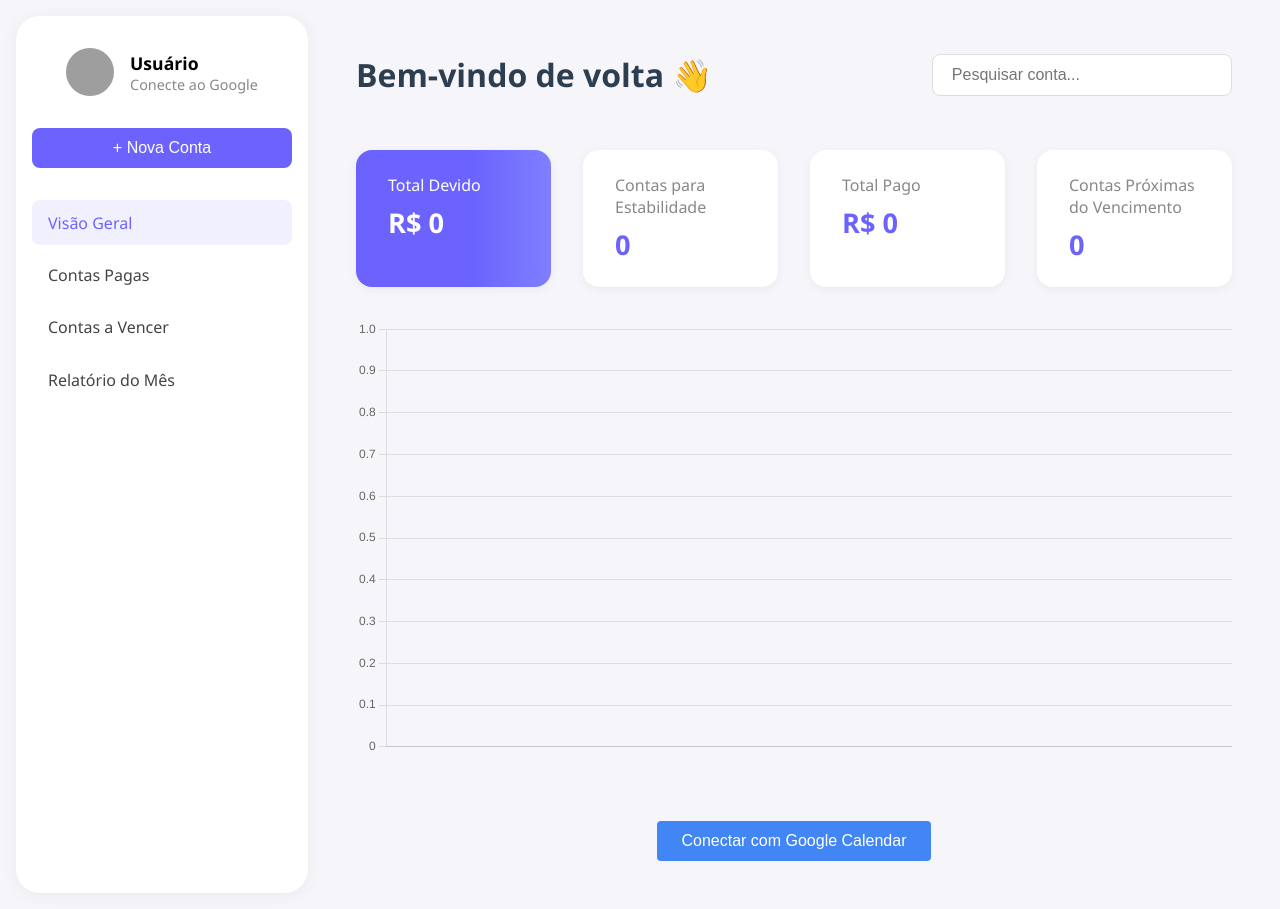
Repository: Matheus904-12/Projects-Part
Page: / (app in Gastos/)
These files come from the project's save history. The page is drawn as it stood at one moment and after the next save; the edit follows.
The browser window is 1280 px wide. The pictures show the whole page.
Pictures or frames that could not be fetched are drawn as grey boxes. The project was rebuilt for these pictures with package versions that can differ from the ones it lists, and the page was loaded fresh each time. Also part of the build but not shown: Gastos/src/components/ExportarRelatorio.vue.

Above is the page before, as saved 2025-08-28 20:41:27.

### Gastos/src/App.vue
<template>
  <GastosDashboard />
</template>

<script>
import GastosDashboard from './components/GastosDashboard.vue';

export default {
  name: 'App',
  components: {
    GastosDashboard
  }
};
</script>

<style>
body {
  font-family: 'Segoe UI', Arial, sans-serif;
  background: #f7f7fb;
  margin: 0;
}
</style>

### Gastos/src/components/GastosDashboard.vue
<template>
  <div class="dashboard-layout" style="display: flex; min-height: 100vh; background: #f6f6fa;">
    <aside class="sidebar">
      <div class="profile">
        <img src="https://www.gravatar.com/avatar?d=mp" alt="Avatar" class="avatar" />
        <div>
          <div class="user-name">{{ googleUser.name || 'Usuário' }}</div>
          <div class="user-email">{{ googleUser.email || 'Conecte ao Google' }}</div>
        </div>
      </div>
      <nav>
        <button @click="showForm = true">+ Nova Conta</button>
        <ul>
          <li :class="{active: activeTab === 'overview'}" @click="activeTab = 'overview'">Visão Geral</li>
          <li :class="{active: activeTab === 'paid'}" @click="activeTab = 'paid'">Contas Pagas</li>
          <li :class="{active: activeTab === 'due'}" @click="activeTab = 'due'">Contas a Vencer</li>
          <li :class="{active: activeTab === 'report'}" @click="activeTab = 'report'">Relatório do Mês</li>
        </ul>
      </nav>
    </aside>
  <main class="main-content" style="flex: 1;">
      <header class="main-header">
        <h1>Bem-vindo de volta 👋</h1>
        <input v-model="search" placeholder="Pesquisar conta..." class="search" />
      </header>
      <section v-if="activeTab === 'overview'">
        <div class="cards">
          <div class="card highlight">
            <div class="card-title">Total Devido</div>
            <div class="card-value">R$ {{ totalDevido }}</div>
          </div>
          <div class="card">
            <div class="card-title">Contas para Estabilidade</div>
            <div class="card-value">{{ contasRestantes }}</div>
          </div>
          <div class="card">
            <div class="card-title">Total Pago</div>
            <div class="card-value">R$ {{ totalPago }}</div>
          </div>
          <div class="card">
            <div class="card-title">Contas Próximas do Vencimento</div>
            <div class="card-value">{{ contasVencendo }}</div>
          </div>
        </div>
        <GraficoGastos :gastos="gastos" />
      </section>
      <section v-if="activeTab === 'paid'">
        <h2>Contas Pagas no Mês</h2>
        <ul>
          <li v-for="g in contasPagas" :key="g.id">{{ g.descricao }} - R$ {{ g.valor }} ({{ g.categoria }})</li>
        </ul>
      </section>
      <section v-if="activeTab === 'due'">
        <h2>Contas a Vencer</h2>
        <ul>
          <li v-for="g in contasAVencer" :key="g.id">{{ g.descricao }} - R$ {{ g.valor }} (Vence em {{ g.dataVencimento }})</li>
        </ul>
      </section>
      <section v-if="activeTab === 'report'">
        <ExportarRelatorio :gastos="gastos" />
      </section>
      <section class="calendar-section">
        <GoogleCalendarPanel />
      </section>
      <div v-if="showForm" class="modal">
        <form @submit.prevent="adicionarGasto" class="form-modal">
          <h2>Nova Conta</h2>
          <input v-model="novoGasto.descricao" placeholder="Descrição" required />
          <input v-model.number="novoGasto.valor" type="number" placeholder="Valor" required />
          <input v-model="novoGasto.categoria" placeholder="Categoria" required />
          <input v-model="novoGasto.dataVencimento" type="date" required />
          <button type="submit">Salvar</button>
          <button type="button" @click="showForm = false">Cancelar</button>
        </form>
      </div>
    </main>
  </div>
</template>
<script>

import GraficoGastos from './GraficoGastos.vue';
import ExportarRelatorio from './ExportarRelatorio.vue';
import GoogleCalendarPanel from './GoogleCalendarPanel.vue';
import { gapi } from 'gapi-script';

const CLIENT_ID = 'SEU_CLIENT_ID.apps.googleusercontent.com';
const API_KEY = 'SUA_API_KEY';
const DISCOVERY_DOCS = ["https://www.googleapis.com/discovery/v1/apis/calendar/v3/rest"];
const SCOPES = "https://www.googleapis.com/auth/calendar.readonly";

export default {
  name: 'GastosDashboard',
  components: { GraficoGastos, ExportarRelatorio, GoogleCalendarPanel },
  data() {
    return {
      googleUser: {
        name: '',
        email: '',
        avatar: ''
      },
      activeTab: 'overview',
      showForm: false,
      search: '',
      gastos: JSON.parse(localStorage.getItem('gastos') || '[]'),
      novoGasto: {
        descricao: '',
        valor: 0,
        categoria: '',
        dataVencimento: ''
      },
      eventosGoogle: []
    };
  },
  computed: {
    totalDevido() {
      return this.gastos.filter(g => !g.pago).reduce((acc, g) => acc + g.valor, 0);
    },
    contasRestantes() {
      return this.gastos.filter(g => !g.pago).length;
    },
    totalPago() {
      return this.gastos.filter(g => g.pago).reduce((acc, g) => acc + g.valor, 0);
    },
    contasVencendo() {
      const hoje = new Date();
      return this.gastos.filter(g => !g.pago && new Date(g.dataVencimento) - hoje < 3 * 24 * 60 * 60 * 1000).length;
    },
    contasPagas() {
      return this.gastos.filter(g => g.pago && this.isMesAtual(g.dataVencimento));
    },
    contasAVencer() {
      const hoje = new Date();
      return this.gastos.filter(g => !g.pago && new Date(g.dataVencimento) >= hoje);
    }
  },
  methods: {
    adicionarGasto() {
      this.gastos.push({ ...this.novoGasto, pago: false, id: Date.now() });
      localStorage.setItem('gastos', JSON.stringify(this.gastos));
      this.novoGasto = { descricao: '', valor: 0, categoria: '', dataVencimento: '' };
      this.showForm = false;
    },
    removerGasto(index) {
      this.gastos.splice(index, 1);
      localStorage.setItem('gastos', JSON.stringify(this.gastos));
    },
    marcarComoPago(id) {
      const gasto = this.gastos.find(g => g.id === id);
      if (gasto) gasto.pago = true;
      localStorage.setItem('gastos', JSON.stringify(this.gastos));
    },
  mounted() {
    // Atualiza os dados do localStorage ao carregar
    const gastosSalvos = localStorage.getItem('gastos');
    if (gastosSalvos) {
      this.gastos = JSON.parse(gastosSalvos);
    }
  },
    isMesAtual(data) {
      const d = new Date(data);
      const hoje = new Date();
      return d.getMonth() === hoje.getMonth() && d.getFullYear() === hoje.getFullYear();
    },
    loginGoogle() {
      gapi.load('client:auth2', () => {
        gapi.client.init({
          apiKey: API_KEY,
          clientId: CLIENT_ID,
          discoveryDocs: DISCOVERY_DOCS,
          scope: SCOPES,
        }).then(() => {
          const GoogleAuth = gapi.auth2.getAuthInstance();
          GoogleAuth.signIn().then(user => {
            const profile = user.getBasicProfile();
            this.googleUser = {
              name: profile.getName(),
              email: profile.getEmail(),
              avatar: profile.getImageUrl()
            };
            this.listarEventos();
          });
        });
      });
    },
    listarEventos() {
      gapi.client.calendar.events.list({
        calendarId: 'primary',
        timeMin: (new Date()).toISOString(),
        showDeleted: false,
        singleEvents: true,
        maxResults: 10,
        orderBy: 'startTime'
      }).then(response => {
        this.eventosGoogle = response.result.items;
      });
    }
  }
};
</script>
}

<style>
/* Sidebar fixa à esquerda, estilo dashboard moderno */
.sidebar {
  width: 260px;
  background: #fff;
  border-radius: 24px;
  margin: 1rem 0 1rem 1rem;
  padding: 2rem 1rem;
  box-shadow: 0 2px 16px rgba(44,62,80,0.07);
  display: flex;
  flex-direction: column;
  align-items: center;
  min-height: calc(100vh - 2rem);
  position: sticky;
  top: 0;
}
.profile {
  display: flex;
  align-items: center;
  gap: 1rem;
  margin-bottom: 2rem;
}
.avatar {
  width: 48px;
  height: 48px;
  border-radius: 50%;
  background: #eee;
}
.user-name {
  font-weight: bold;
  font-size: 1.1rem;
}
.user-email {
  font-size: 0.9rem;
  color: #888;
}
nav {
  width: 100%;
}
nav button {
  width: 100%;
  background: #6c63ff;
  color: #fff;
  border: none;
  border-radius: 8px;
  padding: 0.7rem;
  font-size: 1rem;
  margin-bottom: 1rem;
  cursor: pointer;
}
nav ul {
  list-style: none;
  padding: 0;
}
nav li {
  padding: 0.7rem 1rem;
  border-radius: 8px;
  margin-bottom: 0.5rem;
  cursor: pointer;
  color: #444;
  transition: background 0.2s;
}
nav li.active, nav li:hover {
  background: #f0f0ff;
  color: #6c63ff;
}
.main-content {
  flex: 1;
  padding: 2rem 3rem;
  display: flex;
  flex-direction: column;
  min-width: 0;
}
.main-header {
  display: flex;
  justify-content: space-between;
  align-items: center;
  margin-bottom: 2rem;
}
.main-header h1 {
  font-size: 2rem;
  color: #2c3e50;
}
.search {
  padding: 0.7rem 1.2rem;
  border-radius: 8px;
  border: 1px solid #ddd;
  font-size: 1rem;
  width: 260px;
}
.cards {
  display: flex;
  gap: 2rem;
  margin-bottom: 2rem;
}
.card {
  background: #fff;
  border-radius: 16px;
  box-shadow: 0 2px 8px rgba(44,62,80,0.07);
  padding: 1.5rem 2rem;
  flex: 1;
  display: flex;
  flex-direction: column;
  align-items: flex-start;
}
.card-title {
  font-size: 1rem;
  color: #888;
  margin-bottom: 0.5rem;
}
.card-value {
  font-size: 1.7rem;
  font-weight: bold;
  color: #6c63ff;
}
.card.highlight {
  background: linear-gradient(90deg,#6c63ff 60%,#7f7fff 100%);
  color: #fff;
}
.card.highlight .card-title {
  color: #fff;
}
.card.highlight .card-value {
  color: #fff;
}
.calendar-section {
  margin-top: 2rem;
}
.modal {
  position: fixed;
  top: 0; left: 0; right: 0; bottom: 0;
  background: rgba(0,0,0,0.15);
  display: flex;
  align-items: center;
  justify-content: center;
}
.form-modal {
  background: #fff;
  border-radius: 16px;
  box-shadow: 0 2px 16px rgba(44,62,80,0.07);
  padding: 2rem;
  min-width: 320px;
  display: flex;
  flex-direction: column;
  gap: 1rem;
}
.form-modal input, .form-modal button {
  padding: 0.7rem;
  border-radius: 8px;
  border: 1px solid #ddd;
  font-size: 1rem;
}
.form-modal button {
  background: #6c63ff;
  color: #fff;
  border: none;
  cursor: pointer;
}
</style>

### Gastos/src/components/GraficoGastos.vue
<template>
  <div>
    <canvas ref="canvas"></canvas>
  </div>
</template>

<script>
import { onMounted, ref, watch } from 'vue';
import Chart from 'chart.js/auto';

export default {
  name: 'GraficoGastos',
  props: {
    gastos: {
      type: Array,
      required: true
    }
  },
  setup(props) {
    const canvas = ref(null);
    let chartInstance = null;

    const renderChart = () => {
      const categorias = {};
      props.gastos.forEach(g => {
        categorias[g.categoria] = (categorias[g.categoria] || 0) + g.valor;
      });
      const data = {
        labels: Object.keys(categorias),
        datasets: [{
          label: 'Gastos por Categoria',
          data: Object.values(categorias),
          backgroundColor: ['#2c3e50', '#3498db', '#e67e22', '#e74c3c', '#1abc9c']
        }]
      };
      if (chartInstance) chartInstance.destroy();
      chartInstance = new Chart(canvas.value, {
        type: 'bar',
        data,
        options: {
          responsive: true,
          plugins: {
            legend: { display: false }
          }
        }
      });
    };

    onMounted(renderChart);
    watch(() => props.gastos, renderChart, { deep: true });

    return { canvas };
  }
};
</script>

### Gastos/src/components/GoogleCalendarPanel.vue
<template>
  <div class="calendar-panel">
    <button @click="loginGoogle">Conectar com Google Calendar</button>
    <div v-if="calendarUrl">
      <iframe :src="calendarUrl" width="100%" height="600" style="border:0;"></iframe>
    </div>
  </div>
</template>

<script>
export default {
  name: 'GoogleCalendarPanel',
  data() {
    return {
      calendarUrl: ''
    };
  },
  methods: {
    loginGoogle() {
      // Substitua pelo seu calendarId do Google
      const calendarId = 'primary';
      // Exemplo de URL pública do Google Calendar (para visualização mensal)
      this.calendarUrl = `https://calendar.google.com/calendar/embed?src=${calendarId}&ctz=America/Sao_Paulo`;
      // Para integração OAuth2 real, utilize a API do Google
    }
  }
};
</script>

<style scoped>
.calendar-panel {
  margin-top: 2rem;
  text-align: center;
}
button {
  background: #4285f4;
  color: #fff;
  border: none;
  padding: 0.7rem 1.5rem;
  border-radius: 4px;
  font-size: 1rem;
  cursor: pointer;
  margin-bottom: 1rem;
}
iframe {
  border-radius: 8px;
  box-shadow: 0 2px 8px rgba(0,0,0,0.05);
}
</style>

Loaded but not shown: Gastos/src/main.js (common file)

After the next save:
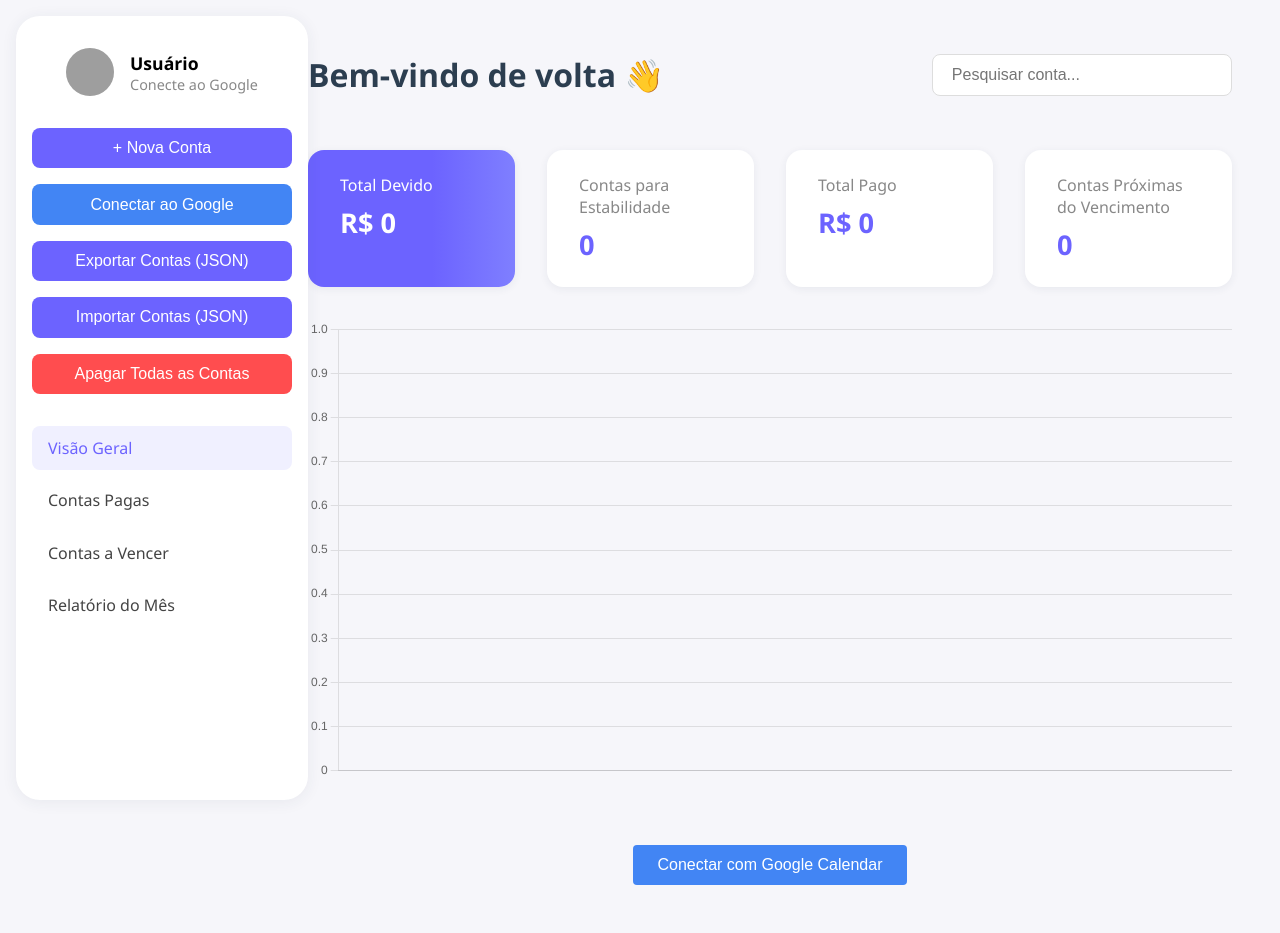
Saved 3 min 9 s later.
--- a/Gastos/src/components/GastosDashboard.vue
+++ b/Gastos/src/components/GastosDashboard.vue
@@ -9,13 +9,17 @@
         </div>
       </div>
       <nav>
-        <button @click="showForm = true">+ Nova Conta</button>
-        <ul>
-          <li :class="{active: activeTab === 'overview'}" @click="activeTab = 'overview'">Visão Geral</li>
-          <li :class="{active: activeTab === 'paid'}" @click="activeTab = 'paid'">Contas Pagas</li>
-          <li :class="{active: activeTab === 'due'}" @click="activeTab = 'due'">Contas a Vencer</li>
-          <li :class="{active: activeTab === 'report'}" @click="activeTab = 'report'">Relatório do Mês</li>
-        </ul>
+          <button @click="showForm = true">+ Nova Conta</button>
+          <button @click="loginGoogle" style="width:100%;background:#4285F4;color:#fff;margin-bottom:1rem;">Conectar ao Google</button>
+          <button @click="exportarGastos" style="width:100%;background:#6c63ff;color:#fff;margin-bottom:1rem;">Exportar Contas (JSON)</button>
+          <button @click="importarGastos" style="width:100%;background:#6c63ff;color:#fff;margin-bottom:1rem;">Importar Contas (JSON)</button>
+          <button @click="apagarGastos" style="width:100%;background:#ff4d4f;color:#fff;margin-bottom:1rem;">Apagar Todas as Contas</button>
+          <ul>
+            <li :class="{active: activeTab === 'overview'}" @click="activeTab = 'overview'">Visão Geral</li>
+            <li :class="{active: activeTab === 'paid'}" @click="activeTab = 'paid'">Contas Pagas</li>
+            <li :class="{active: activeTab === 'due'}" @click="activeTab = 'due'">Contas a Vencer</li>
+            <li :class="{active: activeTab === 'report'}" @click="activeTab = 'report'">Relatório do Mês</li>
+          </ul>
       </nav>
     </aside>
   <main class="main-content" style="flex: 1;">
@@ -134,21 +138,55 @@ export default {
     }
   },
   methods: {
-    adicionarGasto() {
-      this.gastos.push({ ...this.novoGasto, pago: false, id: Date.now() });
-      localStorage.setItem('gastos', JSON.stringify(this.gastos));
-      this.novoGasto = { descricao: '', valor: 0, categoria: '', dataVencimento: '' };
-      this.showForm = false;
-    },
-    removerGasto(index) {
-      this.gastos.splice(index, 1);
-      localStorage.setItem('gastos', JSON.stringify(this.gastos));
-    },
-    marcarComoPago(id) {
-      const gasto = this.gastos.find(g => g.id === id);
-      if (gasto) gasto.pago = true;
-      localStorage.setItem('gastos', JSON.stringify(this.gastos));
-    },
+      adicionarGasto() {
+        this.gastos.push({ ...this.novoGasto, pago: false, id: Date.now() });
+        localStorage.setItem('gastos', JSON.stringify(this.gastos));
+        this.novoGasto = { descricao: '', valor: 0, categoria: '', dataVencimento: '' };
+        this.showForm = false;
+      },
+      removerGasto(index) {
+        this.gastos.splice(index, 1);
+        localStorage.setItem('gastos', JSON.stringify(this.gastos));
+      },
+      marcarComoPago(id) {
+        const gasto = this.gastos.find(g => g.id === id);
+        if (gasto) gasto.pago = true;
+        localStorage.setItem('gastos', JSON.stringify(this.gastos));
+      },
+      exportarGastos() {
+        const blob = new Blob([JSON.stringify(this.gastos, null, 2)], { type: 'application/json' });
+        const url = URL.createObjectURL(blob);
+        const a = document.createElement('a');
+        a.href = url;
+        a.download = 'gastos.json';
+        a.click();
+        URL.revokeObjectURL(url);
+      },
+      importarGastos() {
+        const input = document.createElement('input');
+        input.type = 'file';
+        input.accept = 'application/json';
+        input.onchange = (e) => {
+          const file = e.target.files[0];
+          if (!file) return;
+          const reader = new FileReader();
+          reader.onload = (evt) => {
+            try {
+              const dados = JSON.parse(evt.target.result);
+              if (Array.isArray(dados)) {
+                this.gastos = dados;
+                localStorage.setItem('gastos', JSON.stringify(this.gastos));
+              }
+            } catch {}
+          };
+          reader.readAsText(file);
+        };
+        input.click();
+      },
+      apagarGastos() {
+        this.gastos = [];
+        localStorage.removeItem('gastos');
+      },
   mounted() {
     // Atualiza os dados do localStorage ao carregar
     const gastosSalvos = localStorage.getItem('gastos');
@@ -211,9 +249,12 @@ export default {
   display: flex;
   flex-direction: column;
   align-items: center;
-  min-height: calc(100vh - 2rem);
-  position: sticky;
+  min-height: 100vh;
+  max-height: 100vh;
+  position: fixed;
   top: 0;
+  left: 0;
+  z-index: 10;
 }
 .profile {
   display: flex;
@@ -271,6 +312,7 @@ nav li.active, nav li:hover {
   display: flex;
   flex-direction: column;
   min-width: 0;
+  margin-left: 260px;
 }
 .main-header {
   display: flex;
